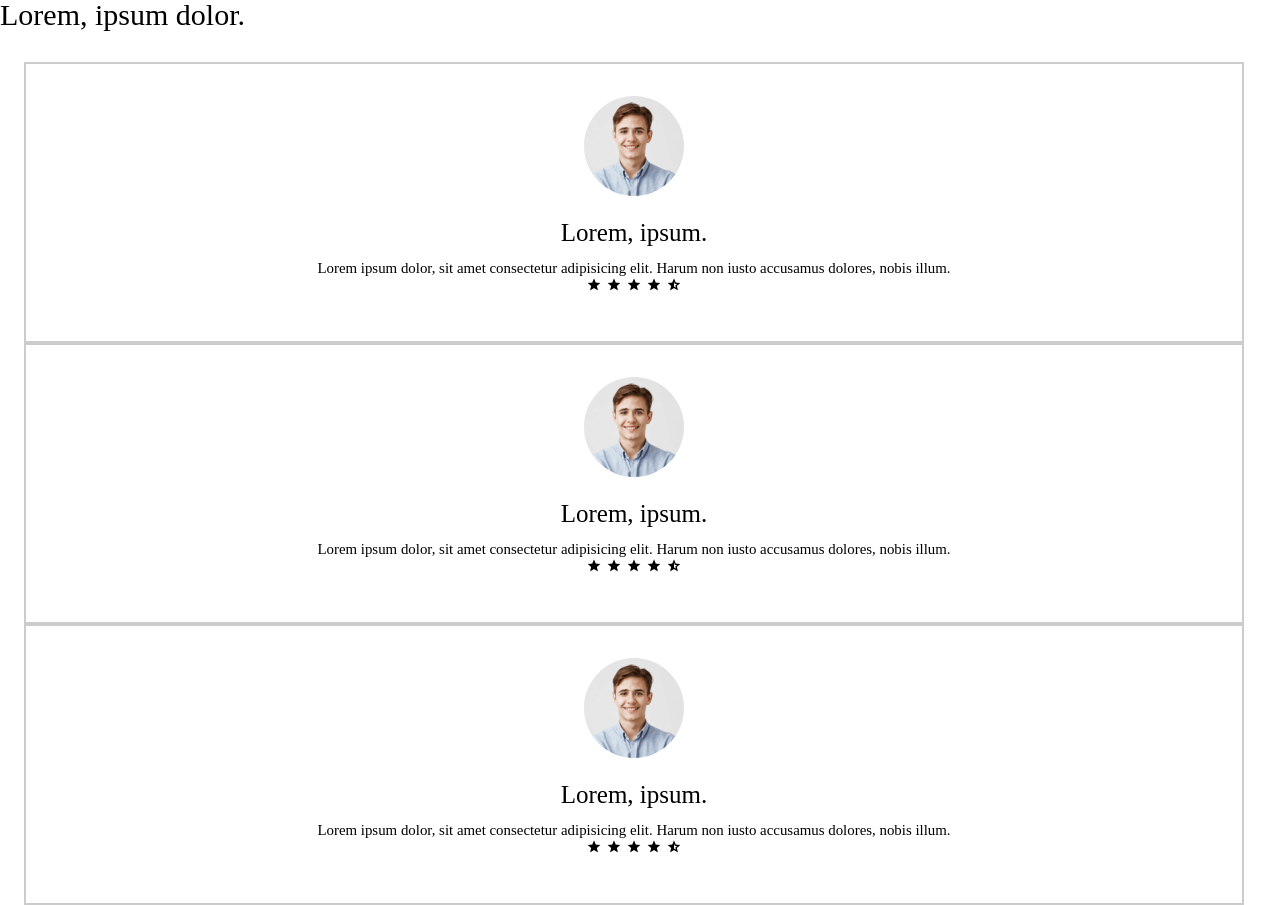
Repository: dinhhaidh/slider-3
Page: index.html
An editor plug-in stored every save of this project. The page is shown before and after the next save, followed by the edit.
The browser window is 1280 px wide. The pictures show the whole page.

Above is the page before, as saved 2024-03-22 21:54:17.

### index.html
<!DOCTYPE html>
<html lang="en">
<head>
    <meta charset="UTF-8">
    <meta name="viewport" content="width=device-width, initial-scale=1.0">
    <title>Document</title>
    <link rel="stylesheet" href="https://cdnjs.cloudflare.com/ajax/libs/remixicon/4.2.0/remixicon.min.css">

    <link rel="stylesheet" href="./css/swiper-bundle.min.css">

    <link rel="stylesheet" href="./css/style.css">

</head>
<body>
    <div class="new">
        <h3 class="new__title">
            Lorem, ipsum dolor.
        </h3>

        <div class="new__container container">
            <div class="new__swiper">
                <div>
                    <article class="new__card new__article">
                        <img src="./img1.png" alt="" class="new__img">
                        <h3 class="new__subtitle">
                            Lorem, ipsum.
                        </h3>
                        <p class="new__description">
                            Lorem ipsum dolor, sit amet consectetur adipisicing elit. Harum non iusto accusamus dolores, nobis illum.
                        </p>
                        <div class="new__stars">
                            <i class="ri-star-s-fill"></i>
                            <i class="ri-star-s-fill"></i>
                            <i class="ri-star-s-fill"></i>
                            <i class="ri-star-s-fill"></i>
                            <i class="ri-star-half-s-line"></i>
                        </div>
                    </article>

                    <article class="new__card new__article">
                        <img src="./img1.png" alt="" class="new__img">
                        <h3 class="new__subtitle">
                            Lorem, ipsum.
                        </h3>
                        <p class="new__description">
                            Lorem ipsum dolor, sit amet consectetur adipisicing elit. Harum non iusto accusamus dolores, nobis illum.
                        </p>
                        <div class="new__stars">
                            <i class="ri-star-s-fill"></i>
                            <i class="ri-star-s-fill"></i>
                            <i class="ri-star-s-fill"></i>
                            <i class="ri-star-s-fill"></i>
                            <i class="ri-star-half-s-line"></i>
                        </div>
                    </article>

                    <article class="new__card new__article">
                        <img src="./img1.png" alt="" class="new__img">
                        <h3 class="new__subtitle">
                            Lorem, ipsum.
                        </h3>
                        <p class="new__description">
                            Lorem ipsum dolor, sit amet consectetur adipisicing elit. Harum non iusto accusamus dolores, nobis illum.
                        </p>
                        <div class="new__stars">
                            <i class="ri-star-s-fill"></i>
                            <i class="ri-star-s-fill"></i>
                            <i class="ri-star-s-fill"></i>
                            <i class="ri-star-s-fill"></i>
                            <i class="ri-star-half-s-line"></i>
                        </div>
                    </article>
                </div>
            </div>
        </div>
    </div>

    <script src="./js/swiper-bundle.min.js"></script>
    <script src="./js/app.js"></script>
</body>
</html>

### css/style.css
*,
*:before,
*:after {
  box-sizing: border-box;
}
* {
  margin: 0;
  padding: 0;
  font: inherit;
}
img,
picture,
svg,
video {
  display: block;
  max-width: 100%;
}
input,
select,
textarea {
  background-color: transparent;
  outline: none;
}
button {
  cursor: pointer;
  background-color: transparent;
  outline: none;
  border: 0;
}
body {
  min-height: 100vh;
  font-weight: 400;
  font-size: 16px;
  line-height: 1;
}

.container{
  max-width: 1220px;
  Margin-inline: 1.5rem;
}


.new__title{
  font-size: 30px;
  margin-bottom: 2rem;
}

.new__card{
}
.new__article{
  padding: 2rem 2.5rem 3rem;
  text-align: center;
  border: 2px solid #ccc;
}
.new__img{
  width: 100px;
  border-radius: 50%;
  margin: 0 auto 1.5rem;
}
.new__subtitle{
  margin-bottom: 1rem;
  font-size: 25px;
}
.new__description{
  font-size: 0.93rem;

}
.new__stars{

}
.ri-star-s-fill{

}
.ri-star-half-s-line{

}

### js/app.js

let swiperCustomer = new Swiper('.customer__swiper', {
    loop: true,
    spaceBetween: 16,
    slidesPerView: 'auto',
    centeredSlides: true,


     // Navigation arrows
    navigation: {
        nextEl: '.swiper-button-next',
        prevEl: '.swiper-button-prev',
    },

    breakpoints: {
        1150: {
            slidesPerView: 3,
            centeredSlides: false,
        }
    }
});

Loaded but not shown: css/swiper-bundle.min.css (library); js/swiper-bundle.min.js (library)

After the next save:
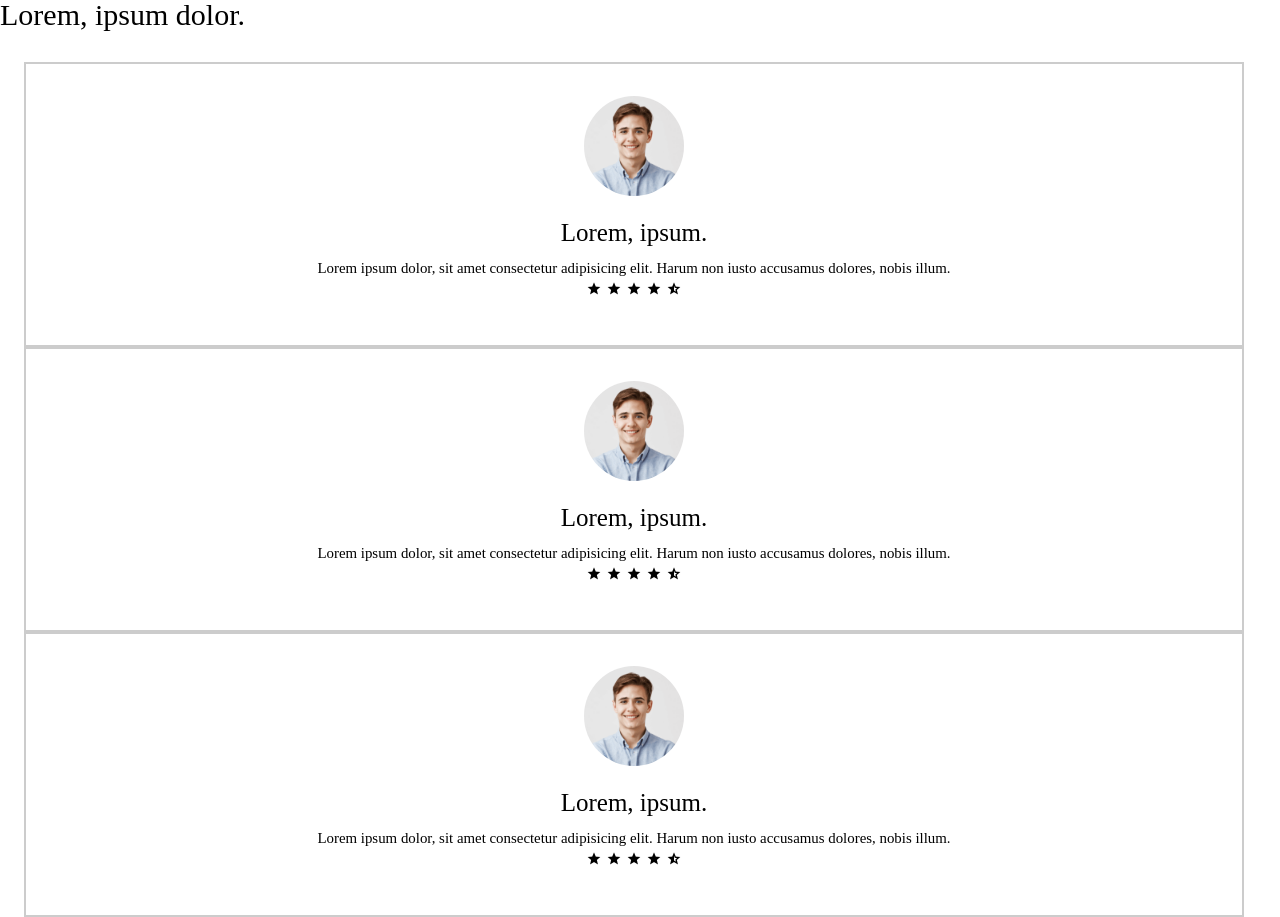
Saved 5 s later.
--- a/css/style.css
+++ b/css/style.css
@@ -63,7 +63,7 @@ body {
 }
 .new__description{
   font-size: 0.93rem;
-
+  margin-bottom: 0.25rem;
 }
 .new__stars{
 
